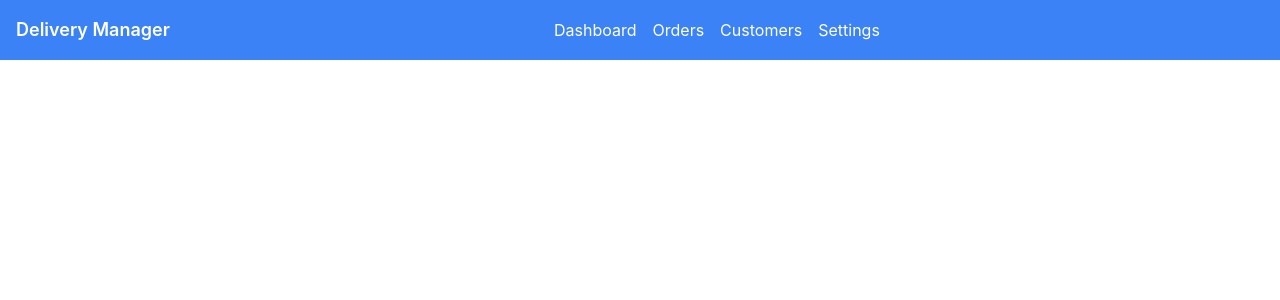
Repository: nika-otter/delivery
Page: / (app in client/)
These files come from the project's save history. The page is drawn as it stood at one moment and after the next save; the edit follows.
The browser window is 1280 px wide. The pictures show the whole page.
The project was rebuilt for these pictures with package versions that can differ from the ones it lists, and the page was loaded fresh each time.

Above is the page before, as saved 2023-08-29 16:01:17.

### client/src/index.css
/* src/index.css */
@import 'tailwindcss/base';
@import 'tailwindcss/components';
@import 'tailwindcss/utilities';


body {
  margin: 0;
  font-family: -apple-system, BlinkMacSystemFont, 'Segoe UI', 'Roboto', 'Oxygen',
    'Ubuntu', 'Cantarell', 'Fira Sans', 'Droid Sans', 'Helvetica Neue',
    sans-serif;
  -webkit-font-smoothing: antialiased;
  -moz-osx-font-smoothing: grayscale;
}

code {
  font-family: source-code-pro, Menlo, Monaco, Consolas, 'Courier New',
    monospace;
}

### client/src/App.js
import "./App.css";

import AppRouter from "./router/AppRouter";

function App() {
  return (
    <>
      <div className="App">
        <AppRouter />
      </div>
    </>
  );
}

export default App;

### client/src/router/AppRouter.jsx
import { Routes, Route } from "react-router-dom";
import Admin from "../pages/Admin";
// import AnimeInfo from "../pages/AnimeInfo";

const AppRouter = () => {
  return (
    <Routes>
      <Route path="/" element={<Admin />} />
    </Routes>
  );
};

export default AppRouter;

### client/src/pages/Admin/index.jsx
import React from "react";
import Header from "../../components/Header";

const Admin = () => {
  return (
    <>
      <Header />
    </>
  );
};

export default Admin;

### client/src/components/Header.jsx
import React from "react";

const Header = () => {
  return (
    <header className="bg-blue-500 p-4">
      <nav className="container mx-auto flex justify-between items-center">
        <div className="text-white font-semibold text-lg">Delivery Manager</div>
        <ul className="flex space-x-4">
          <li>
            <a href="#" className="text-white hover:underline">
              Dashboard
            </a>
          </li>
          <li>
            <a href="#" className="text-white hover:underline">
              Orders
            </a>
          </li>
          <li>
            <a href="#" className="text-white hover:underline">
              Customers
            </a>
          </li>
          <li>
            <a href="#" className="text-white hover:underline">
              Settings
            </a>
          </li>
        </ul>
        <div className="text-white">
          {/* You can put user-related information here */}
          {/* For example: <span>Welcome, John Doe</span> */}
        </div>
      </nav>
    </header>
  );
};

export default Header;

### client/src/components/Footer.jsx
import React from "react";

const Footer = () => {
  return (
    <footer className="bg-gray-200 p-4 mt-8">
      <div className="container mx-auto text-center">
        <p className="text-gray-600">
          &copy; 2023 Delivery Manager. All rights reserved.
        </p>
      </div>
    </footer>
  );
};

export default Footer;

Loaded but not shown: client/public/index.html (common file); client/src/index.js (common file); client/src/reportWebVitals.js (common file); client/src/App.css (common file); client/tailwind.config.js (common file)

After the next save:
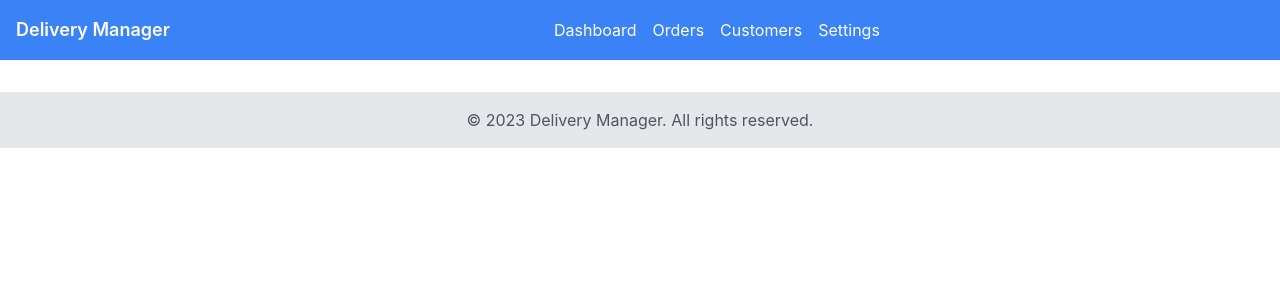
Saved 10 s later.
--- a/client/src/pages/Admin/index.jsx
+++ b/client/src/pages/Admin/index.jsx
@@ -1,10 +1,12 @@
 import React from "react";
 import Header from "../../components/Header";
+import Footer from "../../components/Footer";
 
 const Admin = () => {
   return (
     <>
       <Header />
+      <Footer />
     </>
   );
 };
